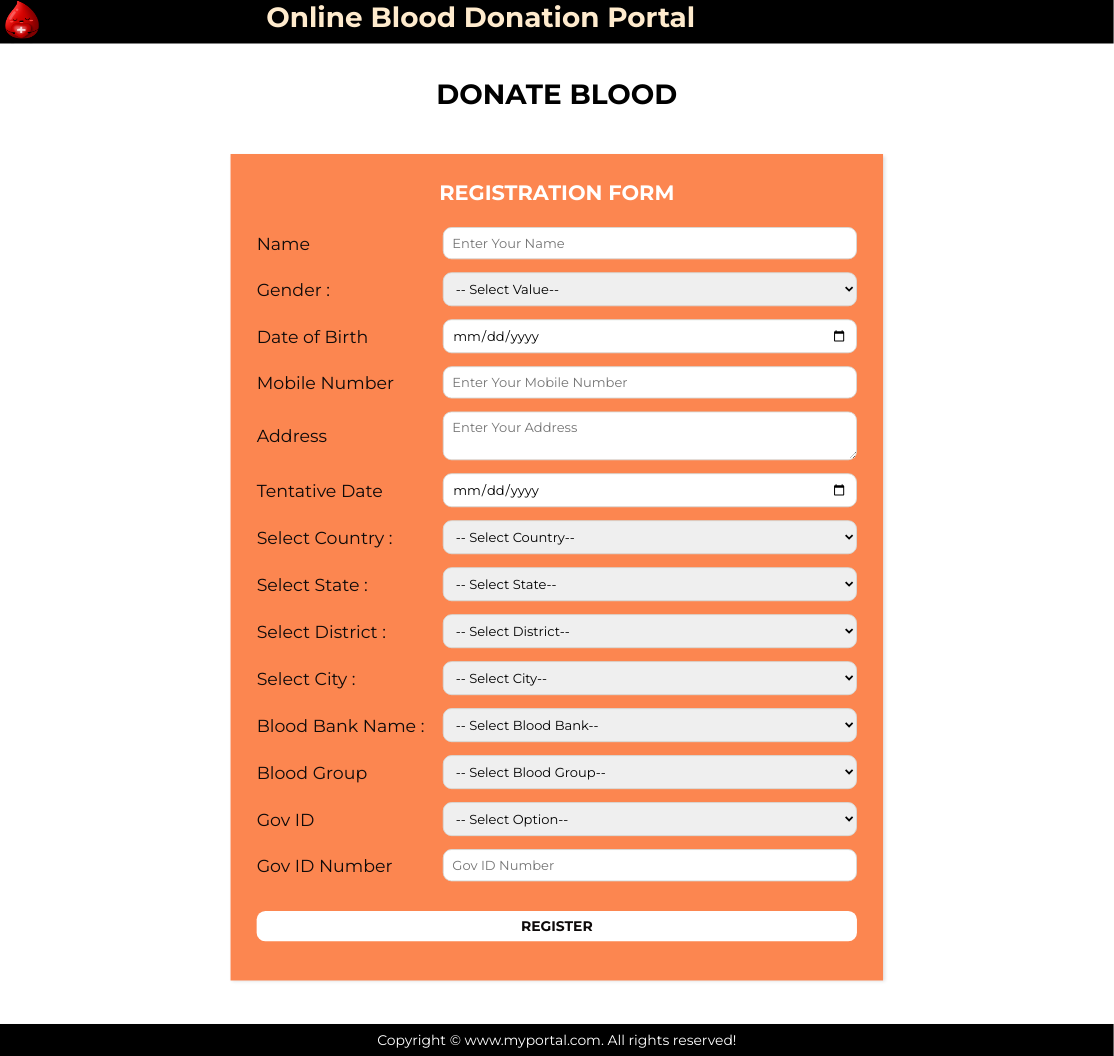
Repository: aditaya-burnwal/blood_donation_portal
Page: Donate Blood/donateblood.html
The author's editor kept a copy of each file at every save. The page is drawn from the files as they stood at one save, then again after a run of saves.
The browser window is 1280 px wide. The pictures show the whole page, at 87% of full size.

Above is the page before, as saved 2021-05-16 14:07:59.

After the next 2 saves:
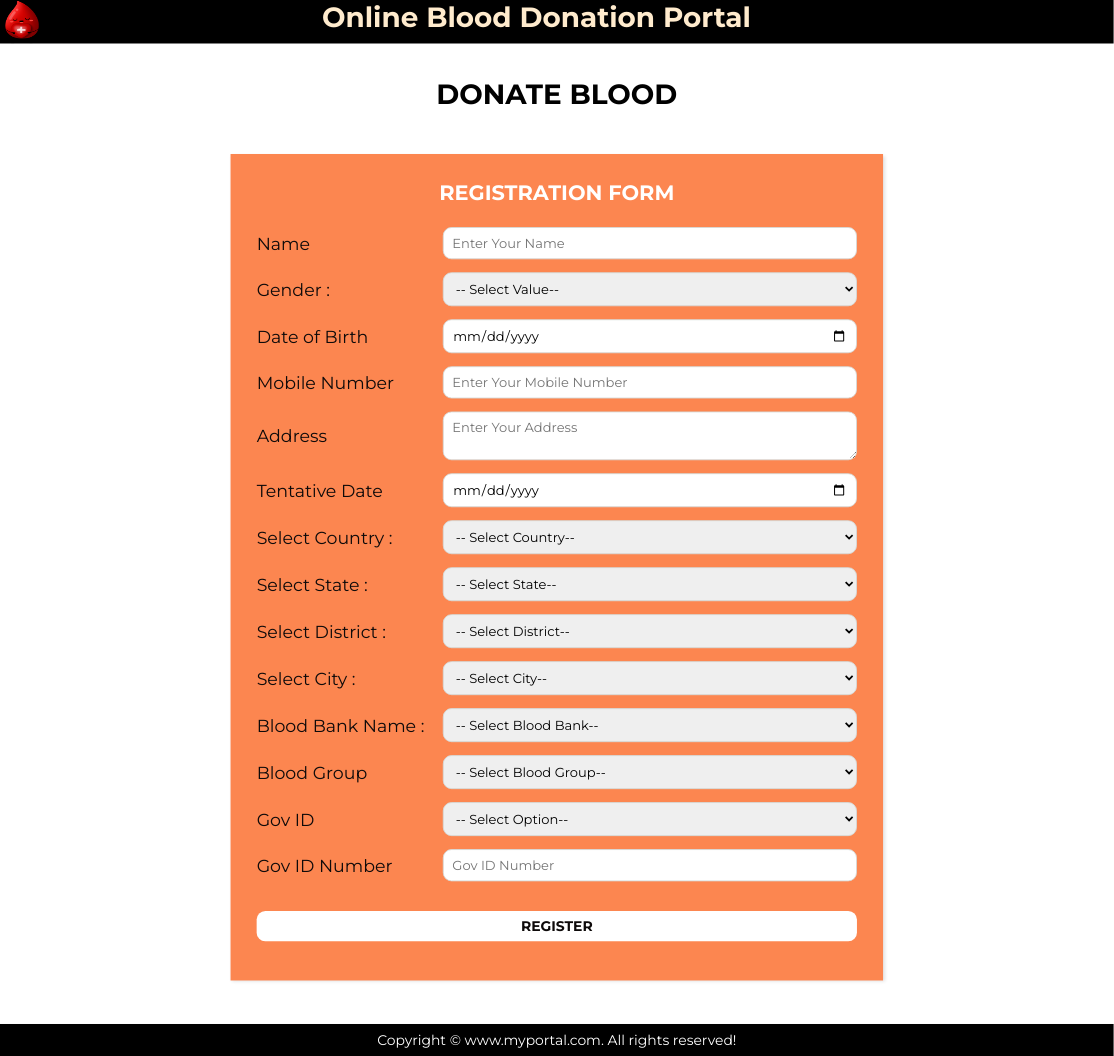
The 2 saves are shown as one change because they came seconds apart.
The last was saved 14 s later.
--- a/Donate Blood/donateblood.css
+++ b/Donate Blood/donateblood.css
@@ -139,8 +139,8 @@ html{
 
 #title{
     color: blanchedalmond;
-    margin-left: 20%;
-    margin-right: 20px;
+    margin-left: 25%;
+    margin-right: 25px;
 }
 
 footer{
